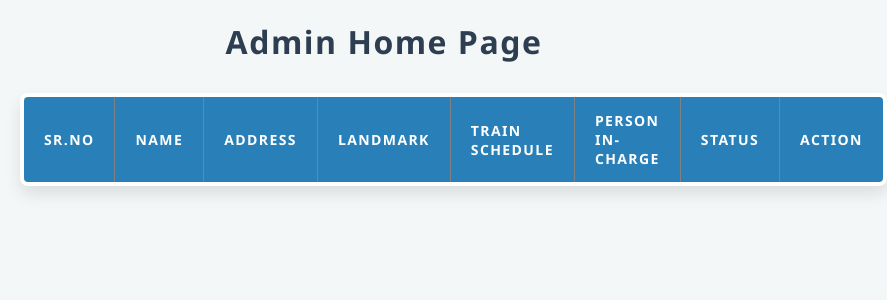
Repository: chinthaginjalabhuvan/Java
Page: http://localhost/RailwayCrossingProject/AdminHome.jsp
These files come from the project's save history. The page is drawn as it stood at one moment and after the next save; the edit follows.
The browser window is 768 px wide. The page is 887 px wide, then 768 px, so the pictures cover 887 px, including what lies to the right of the window. The pictures show the whole page.
The page is served by Tomcat 9. Queries for data that is not in the repository find no rows.

Above is the page before, as saved 2025-06-06 09:23:51.

After the next save:
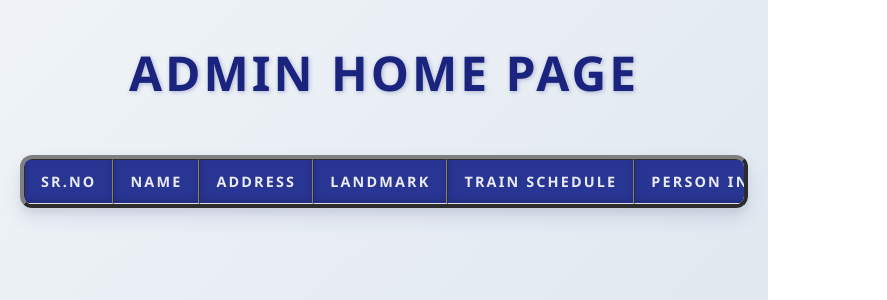
Saved 3 min 56 s later.
--- a/RailwayCrossingProject/src/main/webapp/AdminHome.jsp
+++ b/RailwayCrossingProject/src/main/webapp/AdminHome.jsp
@@ -8,40 +8,62 @@
 		<style>
 			body {
   font-family: 'Segoe UI', Tahoma, Geneva, Verdana, sans-serif;
-  background: #f4f7f8;
-  margin: 20px;
-  color: #333;
+  background: linear-gradient(135deg, #f0f4f8, #d9e2ec);
+  margin: 40px 20px;
+  color: #222;
+  -webkit-font-smoothing: antialiased;
+  -moz-osx-font-smoothing: grayscale;
 }
 
 h1 {
   text-align: center;
-  color: #2c3e50;
-  margin-bottom: 30px;
-  font-weight: 700;
-  letter-spacing: 1.5px;
+  color: #1a237e;
+  margin-bottom: 50px;
+  font-weight: 900;
+  font-size: 3rem;
+  letter-spacing: 3px;
+  text-transform: uppercase;
+  text-shadow: 1px 1px 4px rgba(26, 35, 126, 0.3);
+  user-select: none;
 }
 
+/* ===== Table Container ===== */
 table {
-  width: 90%;
-  margin: 0 auto 40px auto;
-  border-collapse: collapse;
-  box-shadow: 0 8px 16px rgba(0,0,0,0.1);
-  background-color: #fff;
-  border-radius: 8px;
-  overflow: hidden;
+  width: 95%;
+  max-width: 1200px;
+  margin: 0 auto 60px auto;
+  border-collapse: separate;
+  border-spacing: 0;
+  background: #ffffffcc;
+  box-shadow:
+    0 10px 20px rgba(26, 35, 126, 0.1),
+    0 6px 6px rgba(0,0,0,0.05);
+  border-radius: 12px;
+  overflow-x: auto;
+  display: block; /* Enable horizontal scroll */
+  white-space: nowrap; /* Prevent wrapping */
+  cursor: default;
 }
 
 th, td {
-  padding: 14px 20px;
+  padding: 18px 24px;
   text-align: left;
+  font-size: 1rem;
+  transition: color 0.3s ease;
+  border-bottom: 1px solid #e0e0e0;
 }
 
 th {
-  background-color: #2980b9;
-  color: #ffffff;
-  font-weight: 600;
+  background: #283593;
+  color: #e8eaf6;
+  font-weight: 700;
   text-transform: uppercase;
-  letter-spacing: 0.1em;
+  letter-spacing: 0.15em;
+  user-select: none;
+  box-shadow: inset 0 -3px 6px rgba(0,0,0,0.15);
+  position: sticky;
+  top: 0;
+  z-index: 2;
 }
 
 tr:nth-child(even) {
@@ -49,46 +71,74 @@ tr:nth-child(even) {
 }
 
 tr:hover {
-  background-color: #d6eaff;
-  transition: background-color 0.3s ease;
+  background-color: #c5cae9;
+  color: #1a237e;
+  font-weight: 600;
+  transition: background-color 0.4s ease;
 }
 
+/* Action column */
 #act {
-  width: 160px;
+  width: 180px;
   text-align: center;
 }
 
+/* Forms inside action cell inline */
 #status form {
   display: inline-block;
-  margin: 0 5px;
+  margin: 0 8px;
 }
 
+/* Buttons */
 button {
-  background-color: #3498db;
+  background-color: #3949ab;
   border: none;
   color: white;
-  padding: 8px 15px;
+  padding: 10px 22px;
   text-transform: uppercase;
-  font-size: 0.85em;
-  border-radius: 4px;
+  font-size: 0.9rem;
+  font-weight: 600;
+  border-radius: 25px;
   cursor: pointer;
-  transition: background-color 0.3s ease;
+  transition: background-color 0.35s ease, box-shadow 0.35s ease, transform 0.25s ease;
+  box-shadow: 0 4px 6px rgba(57, 73, 171, 0.4);
+  user-select: none;
+  outline-offset: 3px;
+  outline-color: transparent;
+  outline-style: solid;
 }
 
-button:hover {
-  background-color: #217dbb;
+button:hover,
+button:focus {
+  background-color: #283593;
+  box-shadow: 0 6px 12px rgba(40, 53, 147, 0.7);
+  transform: translateY(-2px);
+  outline-color: #536dfe;
 }
 
+button:active {
+  transform: translateY(0);
+  box-shadow: 0 2px 5px rgba(40, 53, 147, 0.5);
+}
+
+/* Responsive: allow horizontal scroll on small devices */
 @media (max-width: 768px) {
-  table, th, td {
-    font-size: 14px;
+  table {
+    width: 100%;
   }
+
+  th, td {
+    padding: 12px 16px;
+    font-size: 0.9rem;
+  }
+
   #act {
     width: auto;
   }
+
   button {
-    padding: 6px 10px;
-    font-size: 0.75em;
+    padding: 8px 16px;
+    font-size: 0.85rem;
   }
 }
 		</style>
